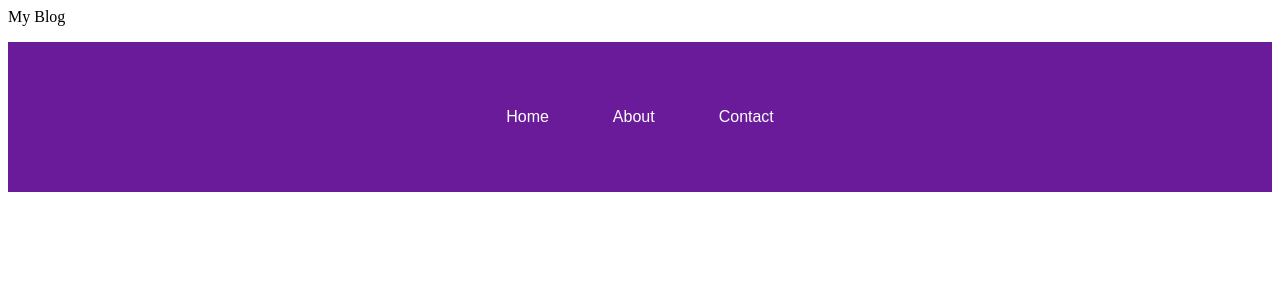
Repository: Femi007-gh/BLOG
Page: index.html
The author's editor kept a copy of each file at every save. The page is drawn from the files as they stood at one save, then again after the next save.
The browser window is 1280 px wide. The pictures show the whole page.

Above is the page before, as saved 2025-01-08 07:31:17.

After the next save:
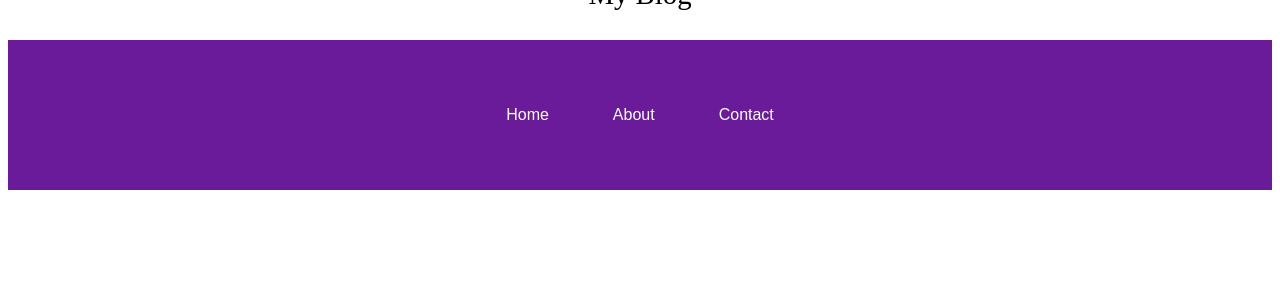
Saved 9 s later.
--- a/style.css
+++ b/style.css
@@ -27,7 +27,7 @@ nav {
       display: block;
     }
 
-    h1 {
+    p {
       margin-top: -30px;
       font-size: 1.8rem;
 
